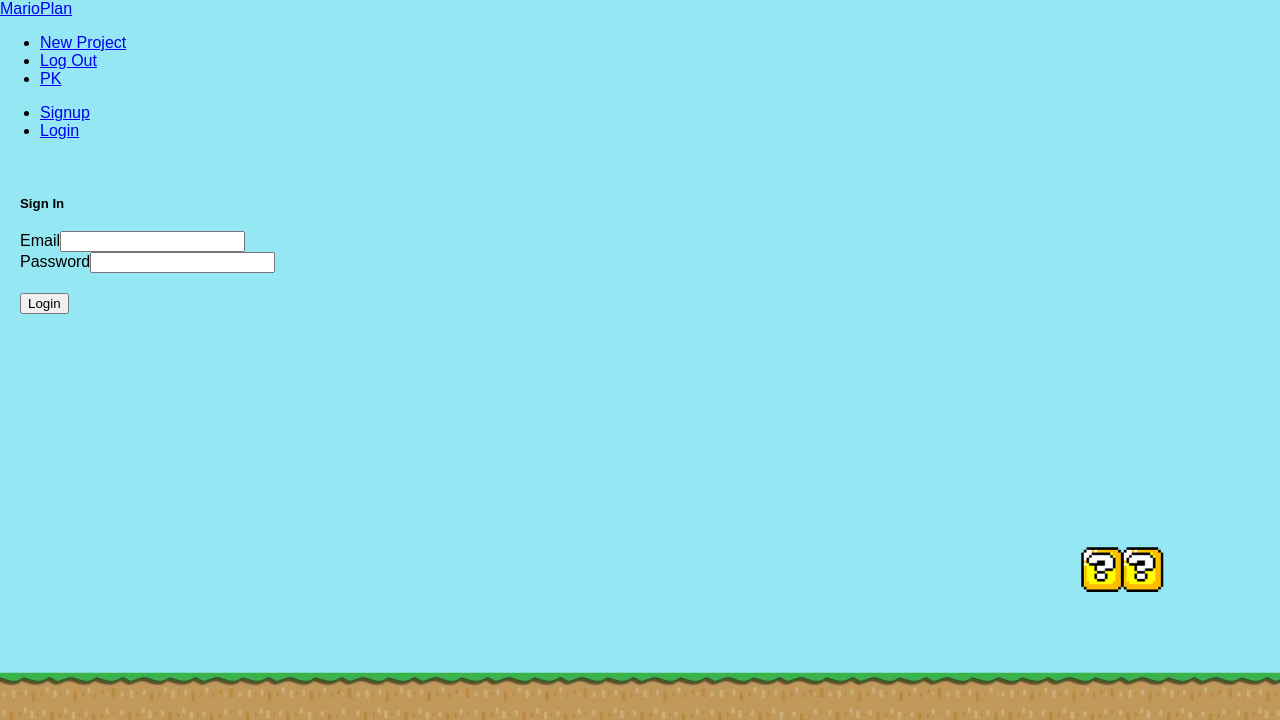
Repository: Piterwk1/netNinja-hooks
Page: /signin
An editor plug-in stored every save of this project. The page is shown before and after the next save, followed by the edit.
The browser window is 1280 px wide. The pictures show the whole page.
The project was rebuilt for these pictures with package versions that can differ from the ones it lists, and the page was loaded fresh each time. Also part of the build but not shown: src/components/auth/SignUp.js, src/components/projects/ProjectSummary.js, src/components/projects/ProjectList.js, src/components/dashboard/Notifications.js, src/components/dashboard/Dashboard.js, src/components/projects/CreateProject.js, src/components/projects/ProjectDetails.js.

Above is the page before, as saved 2021-02-20 13:42:14.

### src/index.js
import React from 'react';
import ReactDOM from 'react-dom';
import './index.css';

import App from './App';

// import reportWebVitals from './reportWebVitals';

ReactDOM.render(
  <React.StrictMode>
    <App />
  </React.StrictMode>,
  document.getElementById('root')
);

// If you want to start measuring performance in your app, pass a function
// to log results (for example: reportWebVitals(console.log))
// or send to an analytics endpoint. Learn more: https://bit.ly/CRA-vitals

### src/index.css
html {
  min-height: 100%;
}

body {
  margin: 0;
  padding: 0;
  font-family: sans-serif;
  /* background: url(/img/mario-bg.png) no-repeat; */
  background: url(/src/img/mario-bg.png) no-repeat;
  background-size: 100%;
  background-position: bottom;
  background-color: #95e8f3;
  min-height: 100%;
}

form {
  padding: 20px;
  margin-top: 60ox;
}

form button,
form h5 {
  margin: 20px 0;
}

input[type="text"]:not(.browser-default):focus:not([readonly]),
input[type="email"]:not(.browser-default):focus:not([readonly]),
input[type="password"]:not(.browser-default):focus:not([readonly]),
textarea.materialize-textarea:focus:not([readonly]) {
  border-color: #ec407a;
  box-shadow: none;
}

### src/App.js
/* eslint-disable react/destructuring-assignment */
import React, { Component } from 'react';
import { BrowserRouter, Route, Switch } from 'react-router-dom';
import SignIn from './components/auth/SignIn';
import SignUp from './components/auth/SignUp';
import Dashboard from './components/dashboard/Dashboard';
import Navbar from './components/layout/Navbar';
import CreateProject from './components/projects/CreateProject';
import ProjectDetails from './components/projects/ProjectDetails';

class App extends Component {
  // eslint-disable-next-line react/state-in-constructor
  state = {};

  render() {
    return (
      <BrowserRouter>
        <div className="App">
          <Navbar />
          <Switch>
            <Route path="/" exact component={Dashboard} />
            <Route path="/project/:id" component={ProjectDetails} />
            <Route path="/signin" component={SignIn} />
            <Route path="/signup" component={SignUp} />
            <Route path="/create" component={CreateProject} />
          </Switch>
        </div>
      </BrowserRouter>
    );
  }
}

export default App;

### src/components/auth/SignIn.js
/* eslint-disable react/button-has-type */
/* eslint-disable no-undef */
/* eslint-disable react/state-in-constructor */
/* eslint-disable jsx-a11y/label-has-associated-control */
import React, { Component } from 'react';

class SignIn extends Component {
  state = {
    email: '',
    password: '',
  };

  handleChange = (e) => {
    // console.log(e);
    this.setState({
      [e.target.id]: e.target.value,
    });
  };

  handleSubmit = (e) => {
    e.preventDefault();
    console.log(this.state);
  };

  render() {
    return (
      <div className="container">
        <form onSubmit={this.handleSubmit} className="white">
          <h5 className="grey-text text-darken-3">Sign In</h5>
          <div className="input-field">
            <label htmlFor="email">Email</label>
            <input type="email" id="email" onChange={this.handleChange} />
          </div>
          <div className="input-field">
            <label htmlFor="password">Password</label>
            <input type="password" id="password" onChange={this.handleChange} />
          </div>
          <div className="input-field">
            <button className="btn pink lighten-1 z-depth-0">Login</button>
          </div>
        </form>
      </div>
    );
  }
}

export default SignIn;

### src/components/layout/Navbar.js
import React from 'react';
import { Link } from 'react-router-dom';
import SignedInLinks from './SignedInLinks';
import SignedOutLinks from './SignedOutLinks';

const Navbar = () => (
  <nav className="nav-wrapper grey darken-3">
    <div className="container">
      <Link to="/" className="brand-logo">
        MarioPlan
      </Link>
      <SignedInLinks />
      <SignedOutLinks />
    </div>
  </nav>
);

export default Navbar;

### src/components/layout/SignedInLinks.js
import React from 'react';
import { NavLink } from 'react-router-dom';

const SignedInLinks = () => (
  <ul className="right">
    <li>
      <NavLink to="/create">New Project</NavLink>
    </li>
    <li>
      <NavLink to="/">Log Out</NavLink>
    </li>
    <li>
      <NavLink to="/" className="btn btn-floating pink lighten-1">
        PK
      </NavLink>
    </li>
  </ul>
);

export default SignedInLinks;

### src/components/layout/SignedOutLinks.js
import React from 'react';
import { NavLink } from 'react-router-dom';

const SignedOutLinks = () => (
  <ul className="right">
    <li>
      <NavLink to="/signup">Signup</NavLink>
    </li>
    <li>
      <NavLink to="/signin">Login</NavLink>
    </li>
  </ul>
);

export default SignedOutLinks;

After the next save:
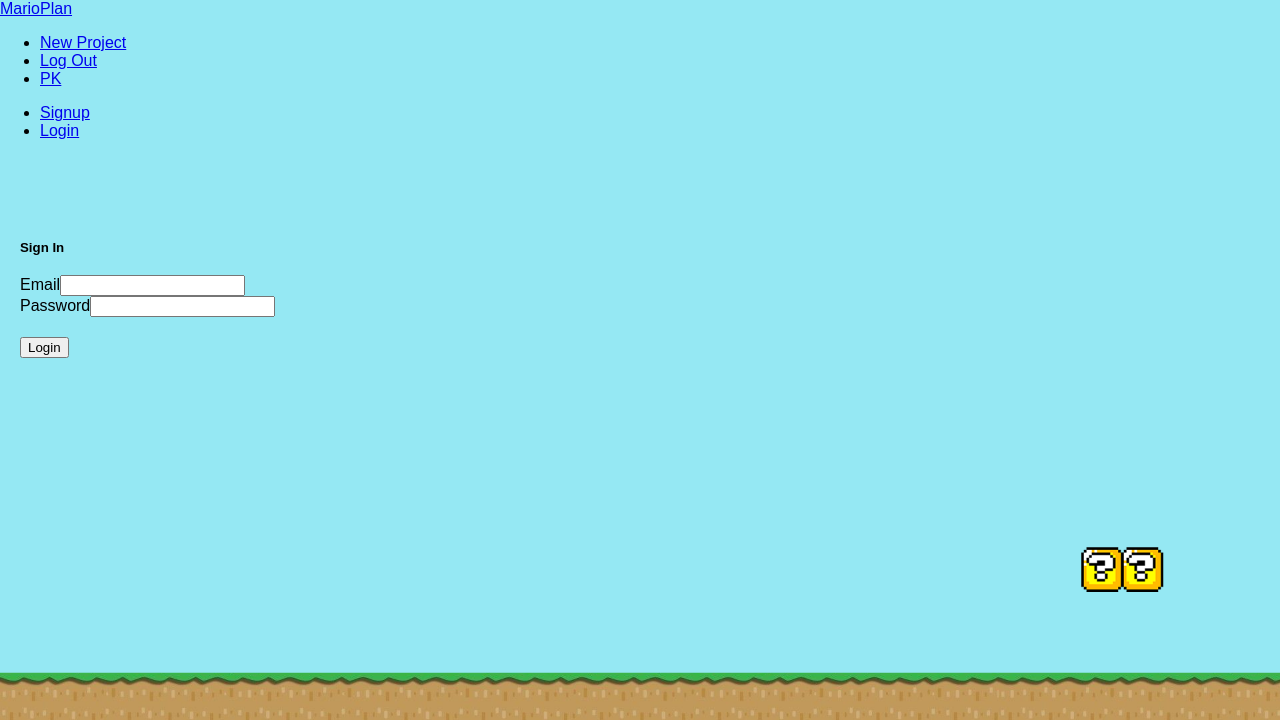
Saved 3 min 24 s later.
--- a/src/index.css
+++ b/src/index.css
@@ -16,7 +16,7 @@
 
 form {
   padding: 20px;
-  margin-top: 60ox;
+  margin-top: 60px;
 }
 
 form button,
